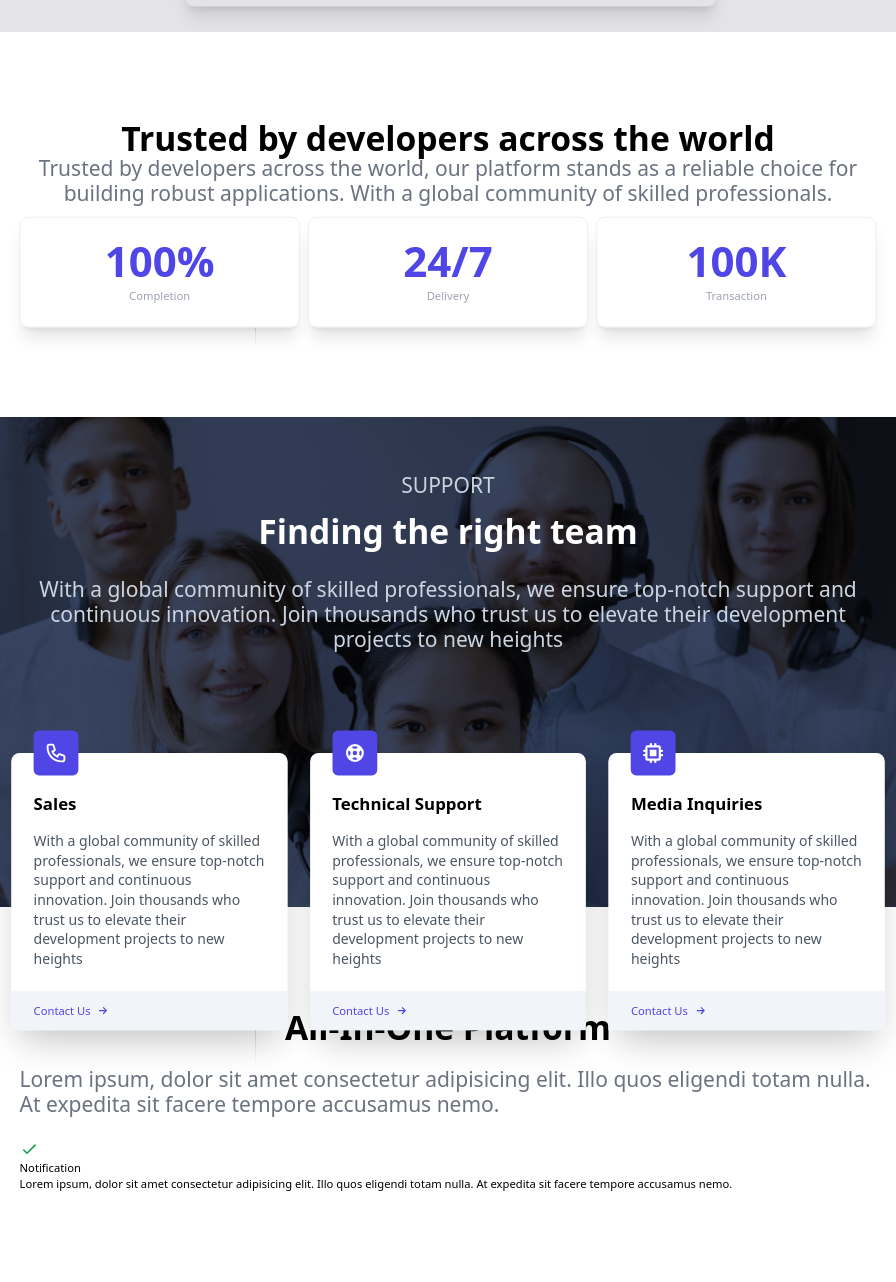
Repository: adrcstro/react-project-2
Page: /
The author's editor kept a copy of each file at every save. The page is drawn from the files as they stood at one save, then again after the next save.
The browser window is 1280 px wide. The pictures show the part of the page from y = 674 to 2594 px (the page is 2506 px tall before and 2594 px after), at 70% of full size.
The project was rebuilt for these pictures with package versions that can differ from the ones it lists, and the page was loaded fresh each time.

Above is the page before, as saved 2024-08-15 20:59:21.

After the next save:
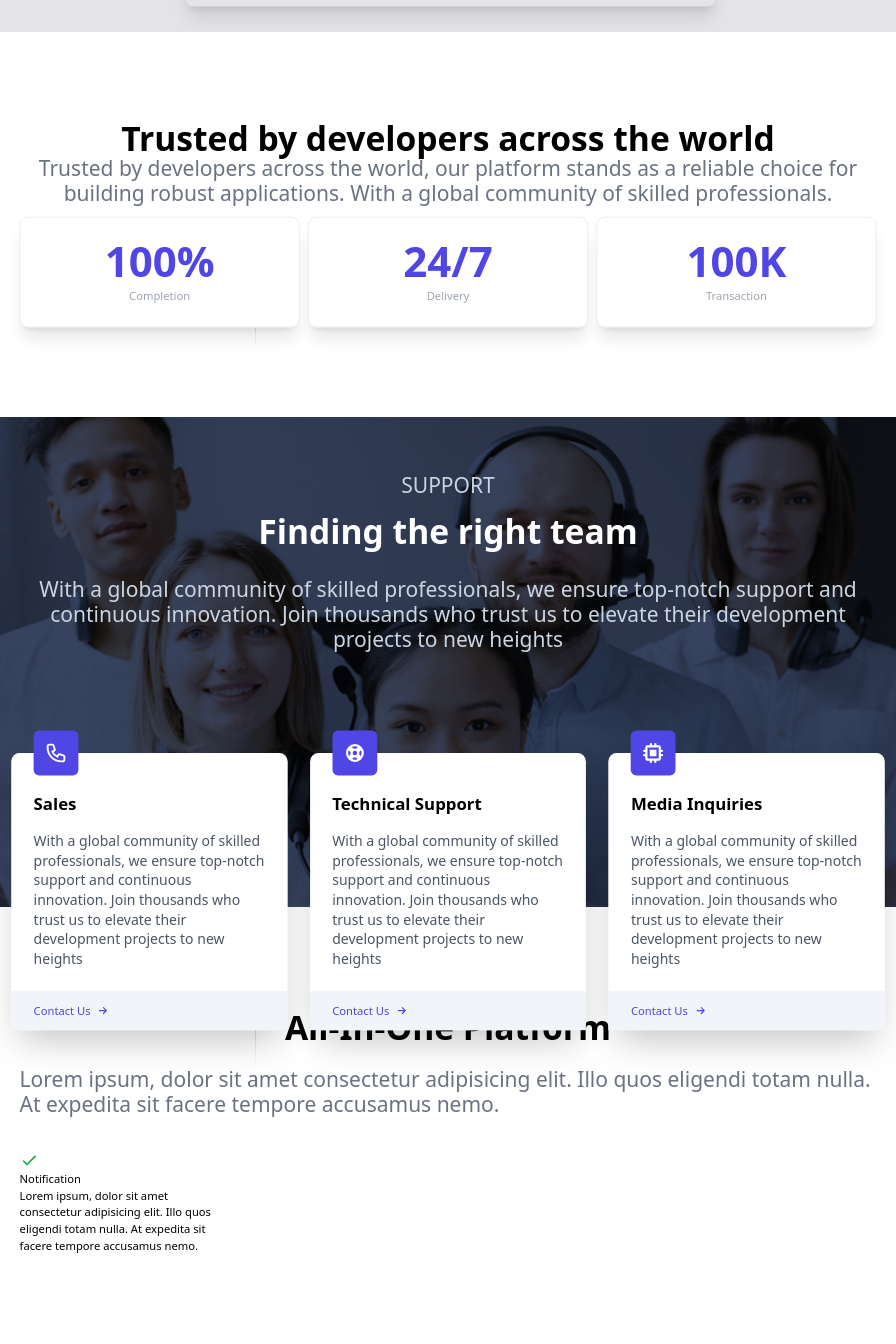
Saved 23 s later.
--- a/src/components/AllinOne.jsx
+++ b/src/components/AllinOne.jsx
@@ -7,7 +7,7 @@ function AllinOne() {
             <h2 className='text-5xl font-bold text-center'>All-In-One Platform</h2>
             <p className='text-3xl py-8 text-gray-500'>Lorem ipsum, dolor sit amet consectetur adipisicing elit. Illo quos eligendi
             totam nulla. At expedita sit facere tempore accusamus nemo.</p>
-        <div className='grid'>
+        <div className='grid sm:grid-cols-2 lg:grid-cols-4 gap-4 pt-4'>
             <div>
                 <div>
                     <CheckIcon className='w-7 mr-4 text-green-600'/>
